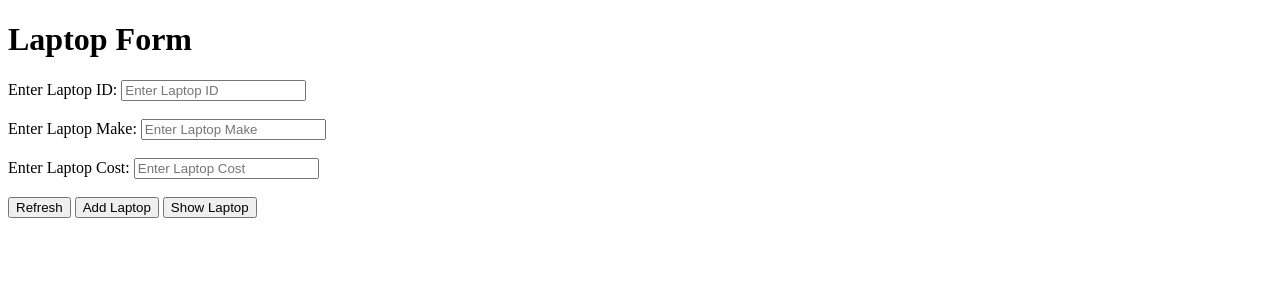
Repository: satvikagrasani/Spring-WorkSpace
Page: SpringMVC/WebAppDemo/AssignmentApp/src/main/webapp/index.html
These files come from the project's save history. The page is drawn as it stood at one moment and after the next save; the edit follows.
The browser window is 1280 px wide. The pictures show the whole page.

Above is the page before, as saved 2023-08-22 08:14:19.

### SpringMVC/WebAppDemo/AssignmentApp/src/main/webapp/index.html
<!DOCTYPE html>
<html>
<head>
<meta charset="ISO-8859-1">
<title>Insert title here</title>
</head>
<body>


	<form>
		<h1>Laptop Form</h1>
		Enter Laptop ID: <input type="number" name="ID" placeholder="Enter Laptop ID" /><br><br>
		Enter Laptop Make: <input type="text" name="Make" placeholder="Enter Laptop Make"/><br><br>
		Enter Laptop Cost: <input type="number" name="Cost" placeholder="Enter Laptop Cost"/><br><br>
		<input type="button" value="Refresh" onclick="location.reload()"/>
		<input type="submit" value="Add Laptop" formaction="add"/>
		<input type="submit" value="Show Laptop" formaction="show"/>
	</form>
</body>
</html>

After the next save:
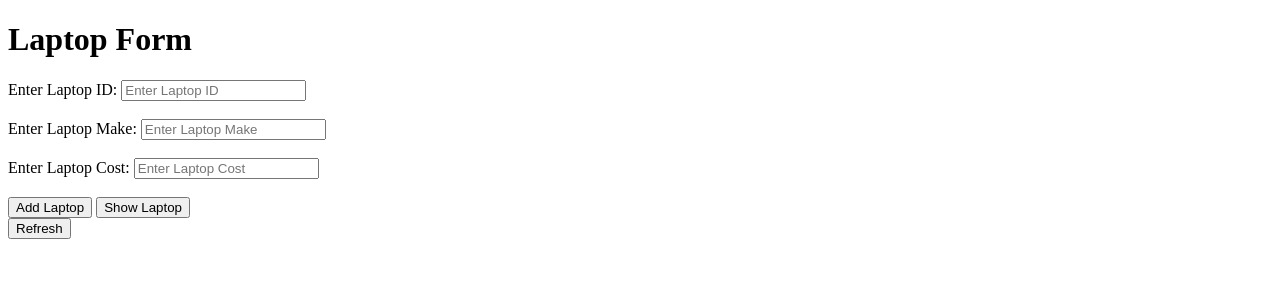
Saved 83 s later.
--- a/SpringMVC/WebAppDemo/AssignmentApp/src/main/webapp/index.html
+++ b/SpringMVC/WebAppDemo/AssignmentApp/src/main/webapp/index.html
@@ -12,9 +12,11 @@
 		Enter Laptop ID: <input type="number" name="ID" placeholder="Enter Laptop ID" /><br><br>
 		Enter Laptop Make: <input type="text" name="Make" placeholder="Enter Laptop Make"/><br><br>
 		Enter Laptop Cost: <input type="number" name="Cost" placeholder="Enter Laptop Cost"/><br><br>
+
+		<input type="submit" value="Add Laptop" formaction="add"/>
+		<input type="submit" value="Show Laptop" formaction="show"/><br>
+
 		<input type="button" value="Refresh" onclick="location.reload()"/>
-		<input type="submit" value="Add Laptop" formaction="add"/>
-		<input type="submit" value="Show Laptop" formaction="show"/>
 	</form>
 </body>
 </html>
